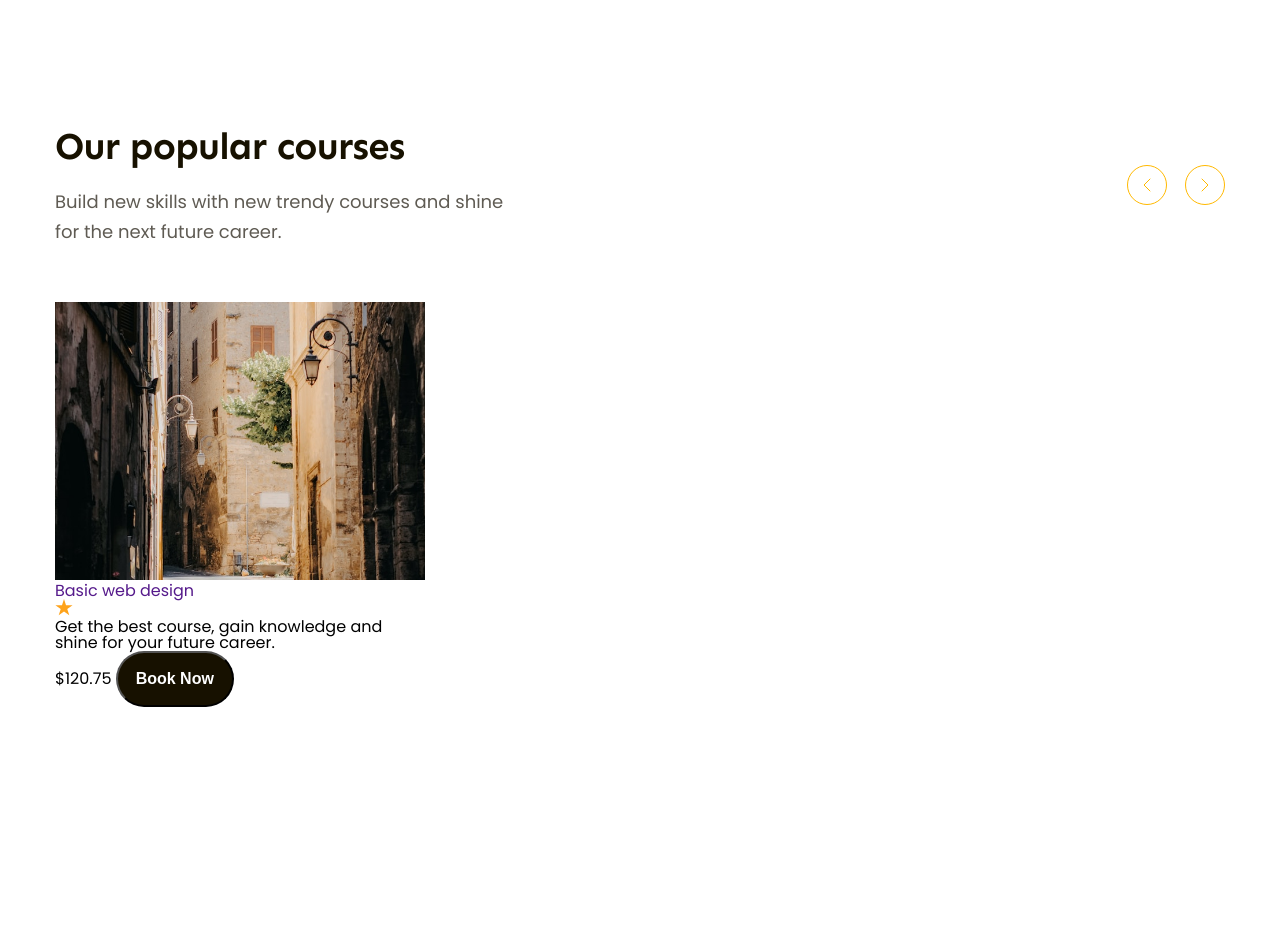
Repository: empty24062002/f8-htmlcss-02-pratice
Page: index.html
An editor plug-in stored every save of this project. The page is shown before and after the next save, followed by the edit.
The browser window is 1280 px wide. The pictures show the part of the page from y = 949 to 1901 px (the page is 5187 px tall).
A picture or video elsewhere on the page could not be fetched, so the positions and the page height are approximate.

Above is the page before, as saved 2023-07-18 22:17:58.

### index.html
<!DOCTYPE html>
<html lang="en">
    <head>
        <meta charset="UTF-8" />
        <meta name="viewport" content="width=device-width, initial-scale=1.0" />
        <title>F8 Project 02 Practice</title>
        <!-- Reset CSS -->
        <link rel="stylesheet" href="./assets/css/reset.css" />
        <!-- Embed font -->
        <link rel="preconnect" href="https://fonts.googleapis.com" />
        <link rel="preconnect" href="https://fonts.gstatic.com" crossorigin />
        <link
            href="https://fonts.googleapis.com/css2?family=Poppins:wght@400;500;600;700&family=Sen:wght@700&display=swap"
            rel="stylesheet"
        />
        <link rel="stylesheet" href="./assets/css/styles.css" />
    </head>
    <body>
        <!-- Header -->
        <header class="header fixed">
            <div class="main-content">
                <div class="body">
                    <img
                        src="./assets/img/logo.svg"
                        alt="lesson."
                        class="logo"
                    />
                    <!-- nav -->
                    <nav class="nav">
                        <ul>
                            <li class="active">
                                <a href="#!">Home</a>
                            </li>
                            <li>
                                <a href="#!">Courses</a>
                            </li>
                            <li>
                                <a href="#!">Pricing</a>
                            </li>
                            <li>
                                <a href="#!">Reviews</a>
                            </li>
                        </ul>
                    </nav>
                    <!-- Action -->
                    <div class="action">
                        <a href="#!" class="btn sign-up-btn">Sign Up</a>
                    </div>
                </div>
            </div>
        </header>
        <main style="height: 5000px">
            <!-- hero -->
            <div class="hero">
                <div class="main-content">
                    <div class="hero-body">
                        <!-- Hero left -->
                        <div class="media-block">
                            <img
                                src="./assets/img/hero-media.jpg"
                                alt="Learn without limits and spread knowledge."
                                class="img"
                            />
                            <div class="hero-summary">
                                <!-- Item 1 -->
                                <div class="item">
                                    <div class="icon">
                                        <img
                                            src="./assets/icons/icon1.svg"
                                            alt=""
                                        />
                                    </div>
                                    <div class="info">
                                        <p class="lable">20 Courses</p>
                                        <p class="title">UI/UX Design</p>
                                    </div>
                                </div>
                                <!-- Item 2 -->
                                <div class="item">
                                    <div class="icon">
                                        <img
                                            src="./assets/icons/icon2.svg"
                                            alt=""
                                        />
                                    </div>
                                    <div class="info">
                                        <p class="lable">20 Courses</p>
                                        <p class="title">Development</p>
                                    </div>
                                </div>
                                <!-- Item 3 -->
                                <div class="item">
                                    <div class="icon">
                                        <img
                                            src="./assets/icons/icon 3.svg"
                                            alt=""
                                        />
                                    </div>
                                    <div class="info">
                                        <p class="lable">30 Courses</p>
                                        <p class="title">Marketing</p>
                                    </div>
                                </div>
                            </div>
                        </div>
                        <!-- Hero right -->
                        <div class="content-block">
                            <h1 class="heading lv1">
                                Learn without limits and spread knowledge.
                            </h1>
                            <p class="desc">
                                Build new skills for that “this is my year”
                                feeling with courses, certificates, and degrees
                                from world-class universities and companies.
                            </p>
                            <div class="cta-group">
                                <a href="" class="btn cta-btn">See Courses</a>
                                <button class="watch-video">
                                    <div class="icon">
                                        <img
                                            src="./assets/icons/watch-video.svg"
                                            alt=""
                                        />
                                    </div>
                                    <span>Watch video</span>
                                </button>
                            </div>
                            <p class="desc">Recent engagement</p>
                            <p class="desc stats">
                                <strong>50K</strong> Students
                                <strong>70+</strong> Courses
                            </p>
                        </div>
                    </div>
                </div>
            </div>
            <!-- Popular -->
            <div class="popular">
                <div class="main-content">
                    <div class="popular-top">
                        <div class="info">
                            <h2 class="heading lv2">Our popular courses</h2>
                            <p class="desc">
                                Build new skills with new trendy courses and
                                shine for the next future career.
                            </p>
                        </div>
                        <div class="controls">
                            <button class="control-btn">
                                <svg
                                    width="8"
                                    height="14"
                                    viewBox="0 0 8 14"
                                    fill="none"
                                    xmlns="http://www.w3.org/2000/svg"
                                >
                                    <path
                                        d="M7 1L1 7L7 13"
                                        stroke="currentColor"
                                        stroke-linecap="round"
                                        stroke-linejoin="round"
                                    />
                                </svg>
                            </button>
                            <button class="control-btn">
                                <svg
                                    width="8"
                                    height="14"
                                    viewBox="0 0 8 14"
                                    fill="none"
                                    xmlns="http://www.w3.org/2000/svg"
                                >
                                    <path
                                        d="M1 1L7 7L1 13"
                                        stroke="currentColor"
                                        stroke-linecap="round"
                                        stroke-linejoin="round"
                                    />
                                </svg>
                            </button>
                        </div>
                    </div>
                    <div class="popular-course-list">
                        <!-- Item 1 -->
                        <div class="course-item">
                            <a href="">
                                <img
                                    src="./assets/img/popular-1.jpg"
                                    alt=""
                                    class="thumb"
                                />
                            </a>
                            <div class="info">
                                <h3 class="title">
                                    <a href="">Basic web design</a>
                                </h3>
                                <div class="rating">
                                    <img
                                        src="./assets/icons/star.svg"
                                        alt=""
                                        class="star"
                                    />
                                </div>
                                <p class="desc">
                                    Get the best course, gain knowledge and
                                    shine for your future career.
                                </p>
                                <span class="price">$120.75</span>
                                <button class="btn">Book Now</button>
                            </div>
                        </div>
                    </div>
                </div>
            </div>
        </main>
    </body>
</html>

### assets/css/styles.css
* {
    box-sizing: border-box;
}

:root {
    --font-heading: Sen, sans-serif;
    --primary-color: #ffb900;
    --secondary-color: #171100;
}

html {
    font-size: 62.5%;
}

body {
    font-size: 1.6rem;
    font-family: "Poppins", sans-serif;
}

/* Common */
a {
    text-decoration: none;
}

.main-content {
    width: 1170px;
    max-width: calc(100% - 48px);
    margin-left: auto;
    margin-right: auto;
}

.btn {
    display: inline-block;
    width: 118px;
    line-height: 50px;
    font-size: 1.6rem;
    font-weight: 600;
    text-align: center;
    color: #ffffff;
    background: var(--secondary-color);
    border-radius: 999px;
}

.btn:hover {
    opacity: 0.9;
    cursor: pointer;
}

.heading {
    color: var(--secondary-color);
    font-family: var(--font-heading);
    font-size: 5.8rem;
    letter-spacing: -0.02em;
}

.heading.lv1 {
    font-weight: 700;
    line-height: 1.17;
}
.heading.lv2 {
    font-size: 3.8rem;
    line-height: 1.26;
}

/* Header */
.header {
    padding: 56px 0 65px;
    background: #fffcf4;
}

.header.fixed {
    position: sticky;
    margin-top: -28px;
}

.header .body {
    display: flex;
    align-items: center;
    padding: 36px 0 8px;
}

.nav {
    margin-left: auto;
}

.nav ul {
    display: flex;
}

.nav a {
    position: relative;
    padding: 8px 21px;
    font-size: 1.6rem;
    font-weight: 400;
    color: var(--secondary-color);
}

.nav a:hover,
.nav li.active a {
    text-shadow: 1px 0 0 currentColor;
    color: var(--secondary-color);
}

.nav li.active a::after {
    position: absolute;
    left: 21px;
    bottom: 6px;
    content: "";
    display: block;
    width: 12px;
    height: 2px;
    border-radius: 1px;
    background-color: var(--secondary-color);
}

.header .sign-up-btn {
    min-width: 144px;
    border-radius: 25px;
}

.header .action {
    margin-left: 49px;
}

/* Hero */
.hero {
    background: #fffcf4;
    padding-top: 64px 0 65px;
}

.hero .hero-body {
    display: flex;
}

/* hero left */
.hero .media-block {
    width: 48%;
    position: relative;
}

.hero .media-block .img {
    width: 470px;
    height: 685px;
    object-fit: cover;
    border-radius: 20px;
    vertical-align: bottom;
}

.hero-summary {
    position: absolute;
    padding: 24px 28px;
    bottom: 48px;
    right: 0;
    width: 270px;
    border-radius: 12px;
    background-color: #ffffff;
    box-shadow: 0px 16px 32px 0px #0000000d;
}

.hero-summary .item {
    display: flex;
    align-items: center;
}

.hero-summary .item + .item {
    margin-top: 22px;
}

.hero-summary .icon {
    display: flex;
    align-items: center;
    justify-content: center;
    width: 48px;
    height: 48px;
    background-color: #fff9e8;
    border-radius: 50%;
}

.hero-summary .item:nth-of-type(2) .icon {
    background: #fcefff;
}
.hero-summary .item:nth-of-type(3) .icon {
    background: #ebeaff;
}

.hero-summary .info {
    margin-left: 16px;
}

.hero-summary .lable {
    color: #5f5b53;
    font-size: 1.4rem;
    font-weight: 400;
    line-height: 1.85;
}

.hero-summary .title {
    color: var(--secondary-color);
    font-size: 1.8rem;
    font-weight: 600;
    line-height: 1.66;
}
/* Hero right */
.hero .content-block {
    width: 52%;
    padding: 64px 0 0 130px;
}

.hero .desc {
    margin-top: 22px;
    color: #5f5b53;
    font-size: 1.8rem;
    font-weight: 400;
    line-height: 1.66;
}

.hero .cta-group {
    display: flex;
    align-items: center;
    margin: 38px 0 48px;
}

.hero .cta-btn {
    min-width: 180px;
    line-height: 64px;
    background-color: var(--primary-color);
}

.hero .watch-video {
    display: flex;
    justify-content: center;
    align-items: center;
    margin-left: 28px;
    border: none;
    background-color: transparent;
}

.hero .watch-video .icon {
    display: flex;
    align-items: center;
    justify-content: center;
    width: 40px;
    height: 40px;
    border-radius: 50%;
    background-color: #ffffff;
    box-shadow: 0px 8px 16px 0px #00000012;
}

.hero .watch-video span {
    margin-left: 14px;
    color: var(--secondary-color);
    font-size: 1.8rem;
    font-weight: 600;
    line-height: 1.66;
}

.hero .stats {
    margin: 8px 0 0 -28px;
}

.hero .stats strong {
    padding: 0 8px 0 28px;
    color: var(--secondary-color);
    font-family: var(--font-heading);
    font-size: 4.4rem;
    font-weight: 700;
    line-height: 1.22;
}
/* Popular */
.popular {
    padding: 65px 0;
    margin-top: 135px;
}

.popular-top {
    display: flex;
    justify-content: space-between;
    align-items: center;
}

.popular-top .desc {
    width: 458px;
    margin-top: 16px;
    color: #5f5b53;
    font-size: 1.8rem;
    font-weight: 400;
    line-height: 1.66;
}

.popular-top .controls {
    display: flex;
    gap: 18px;
}

.popular-top .control-btn {
    display: flex;
    justify-content: center;
    align-items: center;
    width: 40px;
    height: 40px;
    color: var(--primary-color);
    border: 1px solid var(--primary-color);
    border-radius: 50%;
    background-color: transparent;
    cursor: pointer;
}

.popular-top .control-btn:hover {
    color: #fff9e8;
    background-color: var(--primary-color);
}

.popular-course-list {
    margin-top: 55px;
}

.course-item {
    width: 370px;
}

.popular-course-list .thumb {
    width: 370px;
    height: 278px;
    object-fit: cover;
    border-radius: 12px, 12px, 0px, 0px;
}

Loaded but not shown: assets/css/reset.css (common file)

After the next save:
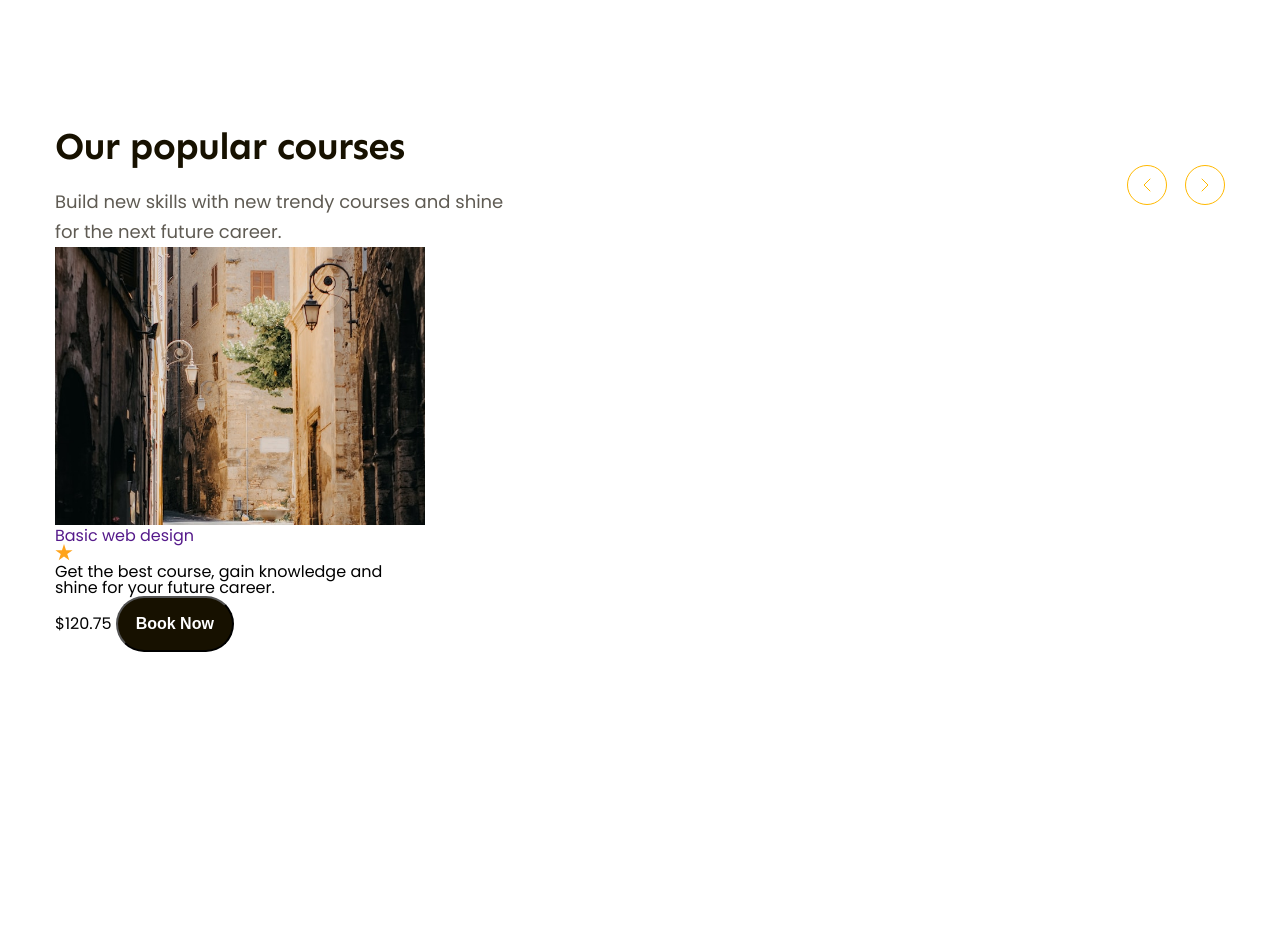
Saved 74 s later.
--- a/assets/css/styles.css
+++ b/assets/css/styles.css
@@ -310,7 +310,7 @@ a {
     background-color: var(--primary-color);
 }
 
-.popular-course-list {
+.popular .course-list {
     margin-top: 55px;
 }
 
